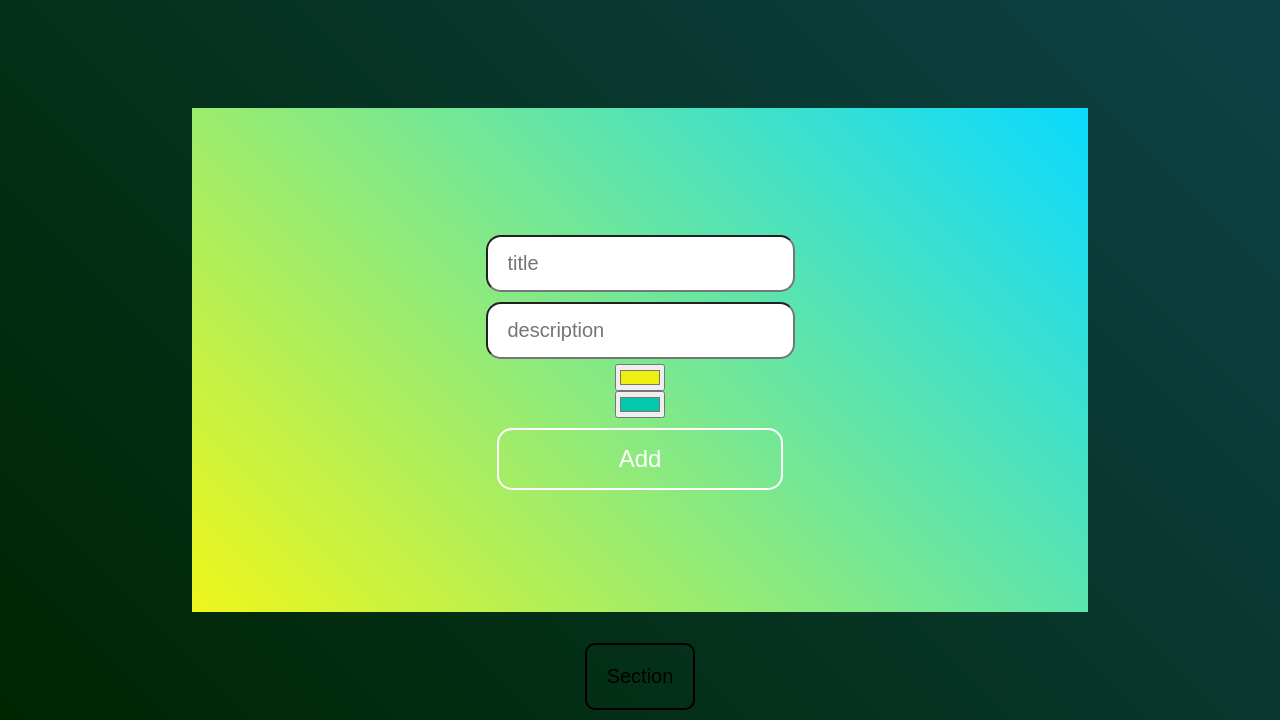
Repository: EdgarSargsyan2001/Trello170622
Page: /, after clicking the first element matching `button.AddSectionBtn`
An editor plug-in stored every save of this project. The page is shown before and after the next save, followed by the edit.
The browser window is 1280 px wide. The pictures show the whole page.
The project was rebuilt for these pictures with package versions that can differ from the ones it lists, and the page was loaded fresh each time. Also part of the build but not shown: src/components/tasks/Tasks.css, src/components/tasks/Tasks.tsx, src/components/sections/Section.tsx.

Above is the page before, as saved 2022-07-05 13:15:44.

After the next save:
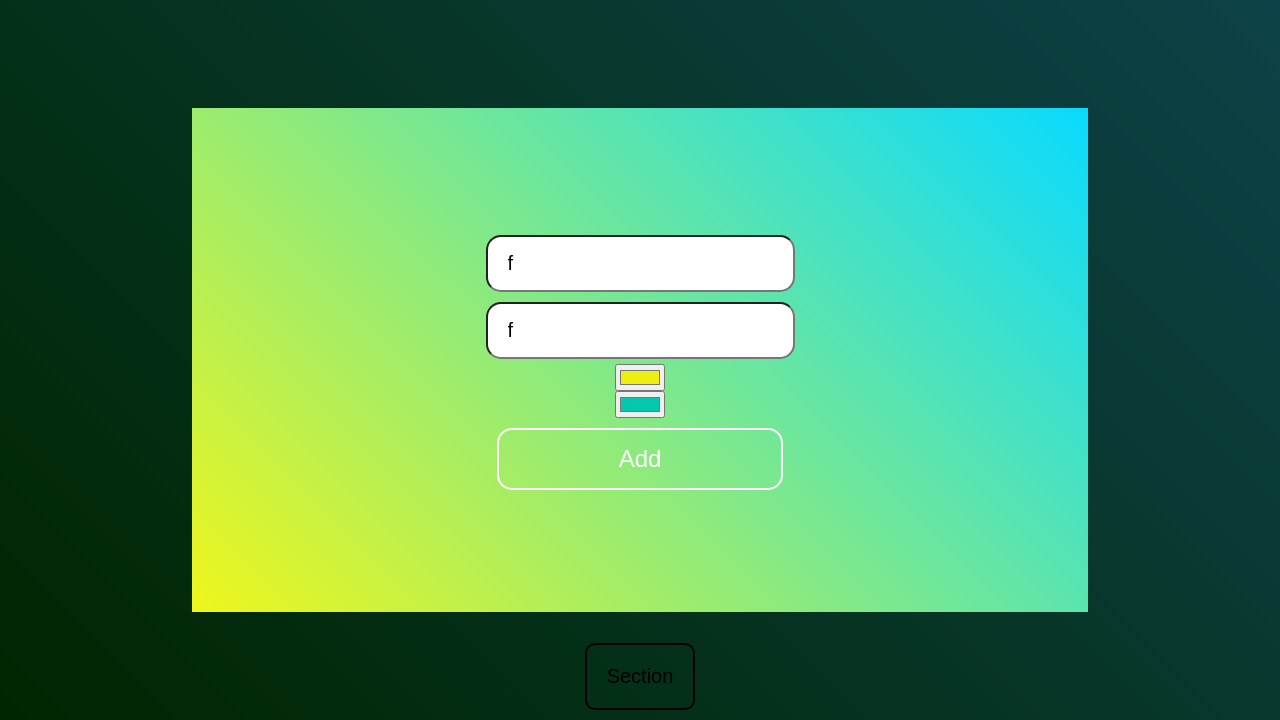
Saved 65 s later.
--- a/src/components/Modal/Modal.tsx
+++ b/src/components/Modal/Modal.tsx
@@ -67,7 +67,7 @@
 
       <input
         type="text"
-        value={''}
+        value={'f'}
         className="modalInp"
         placeholder="title"
         ref={titleRef}
@@ -75,7 +75,7 @@
 
       <input
         type="text"
-        value={''}
+        value={'f'}
         placeholder="description"
         className="modalInp"
         ref={descRef}

After the 2 saves that followed:
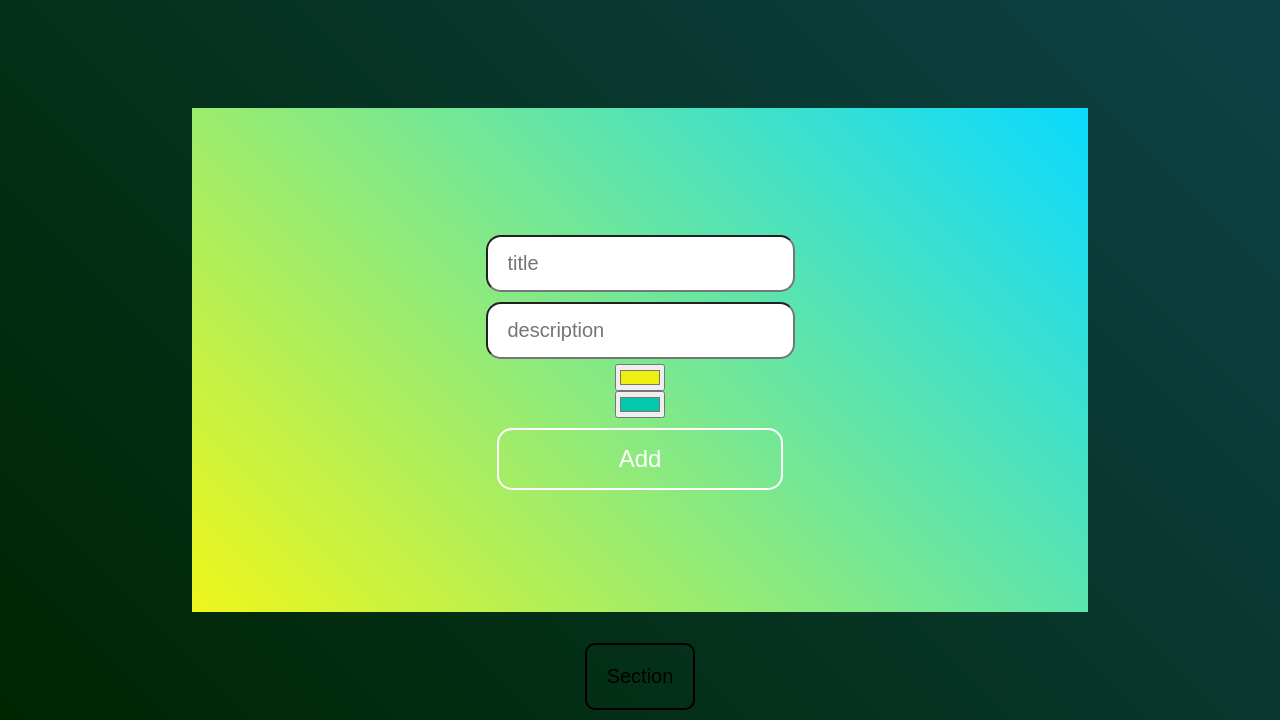
The 2 saves are shown as one change because they came seconds apart.
The last was saved 14 s later.
--- a/src/components/Modal/Modal.tsx
+++ b/src/components/Modal/Modal.tsx
@@ -67,7 +67,6 @@
 
       <input
         type="text"
-        value={'f'}
         className="modalInp"
         placeholder="title"
         ref={titleRef}
@@ -75,7 +74,6 @@
 
       <input
         type="text"
-        value={'f'}
         placeholder="description"
         className="modalInp"
         ref={descRef}
